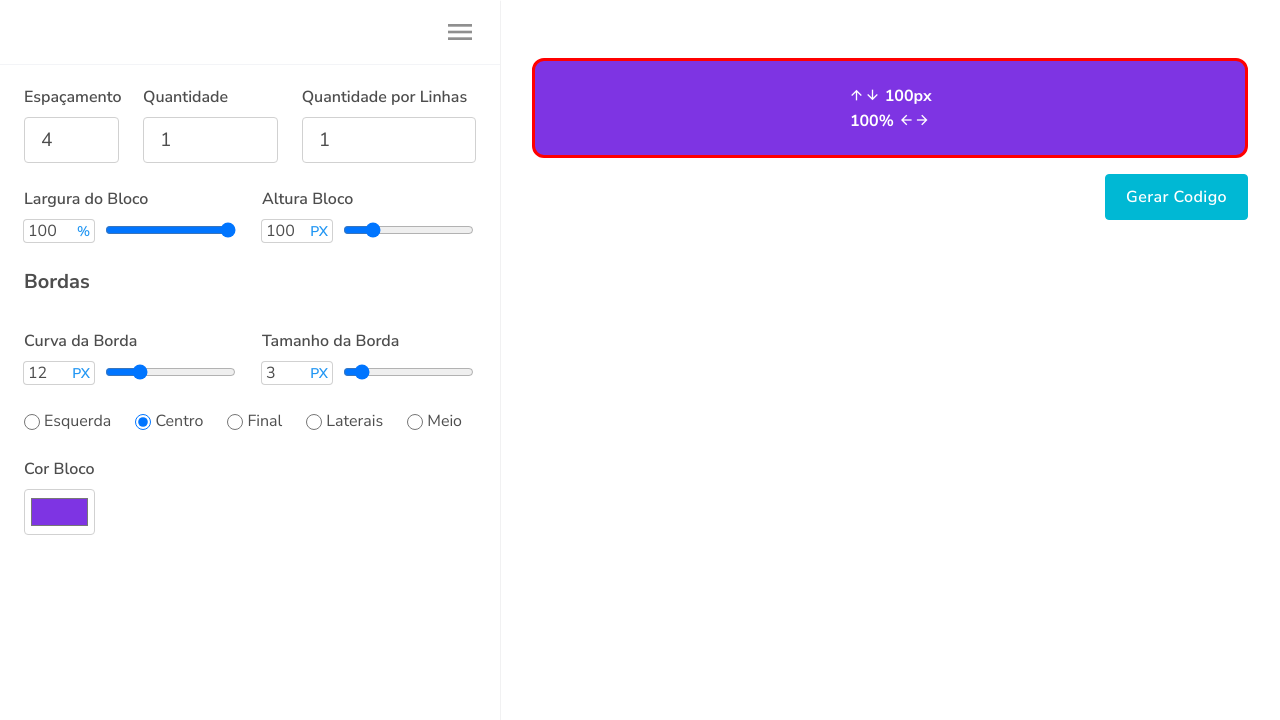
Repository: Flintdl/lowcode-elements
Page: /
An editor plug-in stored every save of this project. The page is shown before and after the next save, followed by the edit.
The browser window is 1280 px wide. The pictures show the whole page.
The project was rebuilt for these pictures with package versions that can differ from the ones it lists, and the page was loaded fresh each time. Also part of the build but not shown: vue.config.js.

Above is the page before, as saved 2022-04-05 14:46:00.

### src/components/Menu/MenuTemplate.vue
<template>
  <div>
    <div
      class="ham burger-link-mobile sf-display-flex sf-display-md-none"
      @click="menu"
    >
      <i class="mdi mdi-menu sf-text-xlg sf-text-muted sf-dropdown-action"></i>
    </div>
    <nav class="sf-menu">
      <div class="sf-menu-header">
        <div
          @click="menu"
          class="hamburger-link sf-display-none sf-display-md-block"
        >
          <i
            class="mdi mdi-menu sf-text-xlg sf-text-muted sf-dropdown-action"
          ></i>
        </div>
      </div>
      <div class="sf-menu-body">
        <ul class="sf-menu-ul">
          <li class="sf-menu-li sf-px-4">
            <div class="sf-row">
              <InputGapTemplate
                :valorInput="inputGap"
                v-on:callback="getValorCampo"
              />
              <InputQuantidadeTemplate
                :valorInput="inputQuantidade"
                v-on:callback="getValorCampoQuantidade"
              />
              <InputQuantLinhasTemplate
                :valorInput="inputQuantidadeLinha"
                v-on:callback="getValorCampoQuantidadeLinha"
              />
              <InputLarguraBloco
                :valorInput="inputRange"
                v-on:callback="getValorLarguraBloco"
              />
              <InputAlturaBloco
                :valorInput="valorHeight"
                v-on:callback="getValorAlturaBloco"
              />
            </div>
            <div class="sf-row">
              <div class="sf-col-12 sf-form-group">
                <h3>Bordas</h3>
              </div>
              <InputBorderRadiusBloco
                :valorInput="inputBorderRadius"
                v-on:callback="getValorRadiusBloco"
              />
              <InputBorderBloco
                :valorInput="inputBorder"
                v-on:callback="getValorBorderBloco"
              />
            </div>

            <InputPosicaoBloco
              :valorInput="checkValue"
              v-on:callback="getValorPosicaoBloco"
            />
            <div class="sf-row">
              <div class="sf-col-auto sf-form-group">
                <label class="sf-label">Cor Bloco</label>
                <input
                  type="color"
                  id="inputColor"
                  v-model="inputColor"
                  class="sf-p-1 sf-text-capitalize"
                  placeholder="Quantidade de Blocos"
                />
              </div>
            </div>
          </li>
        </ul>
      </div>
    </nav>
    <div class="sf-content-page">
      <HomeView
        :valor="inputRange"
        :inputGap="inputGap"
        :valorHeight="valorHeight"
        :quantidade="parseInt(inputQuantidade)"
        :quantidadeLinha="inputQuantidadeLinha"
        :inputBorderRadius="inputBorderRadius"
        :checkValue="checkValue"
        :inputColor="inputColor"
        :inputBorder="inputBorder"
      />
    </div>
    <div class="ga-mascara-fundo" @click="mask"></div>
  </div>
</template>

<script>
import HomeView from "@/views/HomeView.vue";
import InputGapTemplate from "@/components/templates/InputGapTemplate.vue";
import InputQuantidadeTemplate from "@/components/templates/InputQuantidadeTemplate.vue";
import InputQuantLinhasTemplate from "@/components/templates/InputQuantLinhasTemplate.vue";
import InputLarguraBloco from "@/components/templates/InputLarguraBloco.vue";
import InputAlturaBloco from "@/components/templates/InputAlturaBloco.vue";
import InputBorderRadiusBloco from "@/components/templates/InputBorderRadiusBloco.vue";
import InputBorderBloco from "@/components/templates/InputBorderBloco.vue";
import InputPosicaoBloco from "@/components/templates/InputPosicaoBloco.vue";
import image from "@/assets/logo-soften.webp";

export default {
  name: "MenuTemplate",
  data: function () {
    return {
      inputQuantidade: (this.inputQuantidade = "1"),
      inputQuantidadeLinha: (this.inputQuantidadeLinha = "1"),
      inputBorderRadius: (this.inputBorderRadius = "12"),
      inputRange: (this.inputRange = "100"),
      valorHeight: (this.valorHeight = "100"),
      inputGap: (this.inputGap = "4"),
      checkValue: (this.checkValue = "center"),
      inputColor: (this.inputColor = "#7e34e3"),
      inputBorder: (this.inputBorder = "3"),
      image: image,
    };
  },
  components: {
    HomeView,
    InputGapTemplate,
    InputQuantidadeTemplate,
    InputQuantLinhasTemplate,
    InputLarguraBloco,
    InputAlturaBloco,
    InputPosicaoBloco,
    InputBorderRadiusBloco,
    InputBorderBloco,
  },
  beforeMount() {
    if (window.innerWidth >= 768) {
      if (localStorage.getItem("menu") === "fechado") {
        document.body.classList.add("menu-fechado");
      } else {
        document.body.classList.remove("menu-fechado");
      }
    }

    (function () {
      var current = window.location.pathname.split("")[0];
      if (current === "") return;
      var menuItems = document.querySelectorAll(".sf-menu-list-link");
      for (var i = 0, len = menuItems.length; i < len; i++) {
        if (menuItems[i].getAttribute("href").indexOf(current) !== -1) {
          menuItems[i].className += " active-nolink";
          menuItems[i].nextElementSibling.className += " active-nolink";
        }
      }
    })();
  },
  methods: {
    menu() {
      if (window.innerWidth >= 768) {
        document.body.classList.toggle("menu-fechado");
        if (document.body.classList.contains("menu-fechado")) {
          localStorage.setItem("menu", "fechado");
        } else {
          localStorage.removeItem("menu");
        }
      } else {
        document.body.classList.toggle("menu-mobile-aberto");
      }
    },
    mask() {
      document.body.classList.remove("menu-mobile-aberto");
    },
    getValorCampo(valor) {
      this.inputGap = valor;
    },
    getValorCampoQuantidade(valor) {
      this.inputQuantidade = valor;
    },
    getValorCampoQuantidadeLinha(valor) {
      this.inputQuantidadeLinha = valor;
    },
    getValorLarguraBloco(valor) {
      this.inputRange = valor;
    },
    getValorAlturaBloco(valor) {
      this.valorHeight = valor;
    },
    getValorRadiusBloco(valor) {
      this.inputBorderRadius = valor;
    },
    getValorBorderBloco(valor) {
      this.inputBorder = valor;
    },
    getValorPosicaoBloco(valor) {
      this.checkValue = valor;
    },
  },
};

// function dropdown(menu) {
//   var dropdowns = document.getElementsByClassName("sf-dropdown-menu");
//   var i;
//   for (i = 0; i < dropdowns.length; i++) {
//     var openDropdown = dropdowns[i];
//     if (openDropdown.classList.contains("show")) {
//       openDropdown.classList.remove("show");
//     }
//   }
//   document.querySelector(menu).classList.toggle("show");
// }
</script>

<style lang="scss">
@import "@/assets/scss/style.scss";
@import "@/assets/scss/standard.scss";
@import "@/assets/scss/menu.scss";
</style>

### src/assets/scss/_variables.scss
// Primarys Colors
$standardTextColor: #4d4d4d;

$primaryColor: #8e6dff;
$secondaryColor: #009997;
$buttonDisableColor: #9c9c9c;
$buttonDisableBgColor: #7676764d;

// Menu Colors

$bgMenuColor: #1d1d1d;
$linkMenuColor: #7b8089;
$iconMenuColor: #2a2a2a;
$borderMenuColor: #323232;

// Botão Colors

$btnPrimary: #00b8d4;
$btnPrimaryHover: #0085b0;

// Generics Colors

$whiteColor: #ffffff;
$mutedColor: #8f8f8f;
$cardColor: #f3f4f7;
$cardColorLight: #f9fafc;
$cardColorLightTwo: #f1f5fc;
$greyLight: #d1d1d1;

// Dropdown Colors

$dropdownHeaderColor: #5f5f5f;
$dropdownColor: #ebffff;

// State Colors

$successColor: #3dc661;
$dangerColor: #e7515a;
$warningColor: #e2a03f;
$infoColor: #2196f3;
$defaultColor: #172b4d;
$lightColor: #e0e0e0;

### src/components/templates/InputGapTemplate.vue
<template>
  <div class="sf-col-3 sf-form-group">
    <label class="sf-label">Espaçamento</label>
    <input
      type="number"
      min="1"
      max="12"
      value="2"
      id="inputGap"
      v-model="valor"
      class="filter-states sf-text-capitalize"
      placeholder="Quantidade de Blocos"
    />
  </div>
</template>

<script>
export default {
  props: {
    valorInput: String,
  },
  computed: {
    valor: {
      get() {
        var inp = this.valorInput;
        return inp;
      },
      set(valorInput) {
        this.$emit("callback", valorInput);
      },
    },
  },
};
</script>

<style></style>

### src/components/templates/InputQuantidadeTemplate.vue
<template>
  <div class="sf-col-4 sf-form-group">
    <label class="sf-label">Quantidade</label>
    <input
      type="number"
      value="1"
      id="inputQuantidade"
      v-model="valor"
      class="filter-states sf-text-capitalize"
      placeholder="Quantidade de Blocos"
    />
  </div>
</template>

<script>
export default {
  props: {
    valorInput: String,
  },
  computed: {
    valor: {
      get() {
        var inp = this.valorInput;
        return inp;
      },
      set(valorInput) {
        this.$emit("callback", valorInput);
      },
    },
  },
};
</script>

<style></style>

### src/components/templates/InputQuantLinhasTemplate.vue
<template>
  <div class="sf-col-5 sf-form-group">
    <label class="sf-label">Quantidade por Linhas</label>
    <input
      type="number"
      min="1"
      max="12"
      value="1"
      id="inputQuantidadeLinha"
      v-model="valor"
      class="filter-states sf-text-capitalize"
      placeholder="Quantidade Linha"
    />
  </div>
</template>

<script>
export default {
  props: {
    valorInput: String,
  },
  computed: {
    valor: {
      get() {
        var inp = this.valorInput;
        return inp;
      },
      set(valorInput) {
        this.$emit("callback", valorInput);
      },
    },
  },
};
</script>

<style></style>

### src/components/templates/InputLarguraBloco.vue
<template>
  <div class="sf-col-6 sf-form-group">
    <label class="sf-label">Largura do Bloco</label>
    <div class="sf-input-group">
      <div
        class="sf-input-group-append sf-display-flex sf-justify-content-center"
      >
        <div
          class="sf-display-flex sf-align-items-center sf-justify-content-center sf-border-left-0 sf-border-radius sf-border-radius-left-0 sf-pr-2 sf-text-info sf-font-weight-bold sf-min-80-px"
        >
          <div class="sf-input-group">
            <input
              type="number"
              value="1"
              min="1"
              max="100"
              v-model="valor"
              class="sf-text-md sf-height-fit-content sf-pr-0 sf-pl-1 sf-border-right-0 sf-border-radius-right-0 sf-text-capitalize"
              placeholder="Curva da Borda"
            />
            <div
              class="sf-input-group-append sf-display-flex sf-justify-content-center"
            >
              <div
                class="sf-display-flex sf-align-items-center sf-border sf-justify-content-center sf-border-left-0 sf-border-radius sf-border-radius-left-0 sf-pr-1 sf-text-info sf-font-weight-bold sf-text-sm"
              >
                %
              </div>
            </div>
          </div>
        </div>
      </div>
      <input
        type="range"
        min="10"
        max="100"
        value="10"
        id="inputRange"
        v-model="valor"
        class="sf-px-0 sf-border-right-0 sf-border-radius-right-0 sf-text-capitalize"
      />
    </div>
  </div>
</template>

<script>
export default {
  props: {
    valorInput: String,
  },
  computed: {
    valor: {
      get() {
        var inp = this.valorInput;
        return inp;
      },
      set(valorInput) {
        this.$emit("callback", valorInput);
      },
    },
  },
};
</script>

<style></style>

### src/components/templates/InputAlturaBloco.vue
<template>
  <div class="sf-col-6 sf-form-group">
    <label class="sf-label">Altura Bloco</label>
    <div class="sf-input-group">
      <div
        class="sf-input-group-append sf-display-flex sf-justify-content-center"
      >
        <div
          class="sf-display-flex sf-align-items-center sf-justify-content-center sf-border-left-0 sf-border-radius sf-border-radius-left-0 sf-pr-2 sf-text-info sf-font-weight-bold sf-min-80-px"
        >
          <div class="sf-input-group">
            <input
              type="number"
              value="1"
              min="1"
              max="500"
              v-model="valor"
              class="sf-text-md sf-height-fit-content sf-pr-0 sf-pl-1 sf-border-right-0 sf-border-radius-right-0 sf-text-capitalize"
              placeholder="Curva da Borda"
            />
            <div
              class="sf-input-group-append sf-display-flex sf-justify-content-center"
            >
              <div
                class="sf-display-flex sf-align-items-center sf-border sf-justify-content-center sf-border-left-0 sf-border-radius sf-border-radius-left-0 sf-pr-1 sf-text-info sf-font-weight-bold sf-text-sm"
              >
                PX
              </div>
            </div>
          </div>
        </div>
      </div>
      <input
        type="range"
        min="10"
        max="500"
        id="valorHeight"
        v-model="valor"
        class="sf-px-0 sf-border-right-0 sf-border-radius-right-0 sf-text-capitalize"
      />
    </div>
  </div>
</template>

<script>
export default {
  props: {
    valorInput: String,
  },
  computed: {
    valor: {
      get() {
        var inp = this.valorInput;
        return inp;
      },
      set(valorInput) {
        this.$emit("callback", valorInput);
      },
    },
  },
};
</script>

<style></style>

### src/components/templates/InputBorderRadiusBloco.vue
<template>
  <div class="sf-col-6 sf-form-group">
    <label class="sf-label">Curva da Borda</label>
    <div class="sf-input-group">
      <div
        class="sf-input-group-append sf-display-flex sf-justify-content-center"
      >
        <div
          class="sf-display-flex sf-align-items-center sf-justify-content-center sf-border-left-0 sf-border-radius sf-border-radius-left-0 sf-pr-2 sf-text-info sf-font-weight-bold sf-min-80-px"
        >
          <div class="sf-input-group">
            <input
              type="number"
              value="1"
              min="1"
              max="50"
              v-model="valor"
              class="sf-text-md sf-height-fit-content sf-pr-0 sf-pl-1 sf-border-right-0 sf-border-radius-right-0 sf-text-capitalize"
              placeholder="Curva da Borda"
            />
            <div
              class="sf-input-group-append sf-display-flex sf-justify-content-center"
            >
              <div
                class="sf-display-flex sf-align-items-center sf-border sf-justify-content-center sf-border-left-0 sf-border-radius sf-border-radius-left-0 sf-pr-1 sf-text-info sf-font-weight-bold sf-text-sm"
              >
                PX
              </div>
            </div>
          </div>
        </div>
      </div>
      <input
        type="range"
        value="1"
        min="1"
        max="50"
        id="inputBorderRadius"
        v-model="valor"
        class="sf-px-0 sf-border-right-0 sf-border-radius-right-0 sf-text-capitalize"
        placeholder="Curva da Borda"
      />
    </div>
  </div>
</template>

<script>
export default {
  props: {
    valorInput: String,
  },
  computed: {
    valor: {
      get() {
        var inp = this.valorInput;
        return inp;
      },
      set(valorInput) {
        this.$emit("callback", valorInput);
      },
    },
  },
};
</script>

<style></style>

### src/components/templates/InputBorderBloco.vue
<template>
  <div class="sf-col-6 sf-form-group">
    <label class="sf-label">Tamanho da Borda</label>
    <div class="sf-input-group">
      <div
        class="sf-input-group-append sf-display-flex sf-justify-content-center"
      >
        <div
          class="sf-display-flex sf-align-items-center sf-justify-content-center sf-border-left-0 sf-border-radius sf-border-radius-left-0 sf-pr-2 sf-text-info sf-font-weight-bold sf-min-80-px"
        >
          <div class="sf-input-group">
            <input
              type="number"
              value="1"
              min="1"
              max="50"
              v-model="valor"
              class="sf-text-md sf-height-fit-content sf-pr-0 sf-pl-1 sf-border-right-0 sf-border-radius-right-0 sf-text-capitalize"
              placeholder="Curva da Borda"
            />
            <div
              class="sf-input-group-append sf-display-flex sf-justify-content-center"
            >
              <div
                class="sf-display-flex sf-align-items-center sf-border sf-justify-content-center sf-border-left-0 sf-border-radius sf-border-radius-left-0 sf-pr-1 sf-text-info sf-font-weight-bold sf-text-sm"
              >
                PX
              </div>
            </div>
          </div>
        </div>
      </div>
      <input
        type="range"
        value="1"
        min="1"
        max="24"
        id="inputBorder"
        v-model="valor"
        class="sf-px-0 sf-border-right-0 sf-border-radius-right-0 sf-text-capitalize"
        placeholder="Curva da Borda"
      />
    </div>
  </div>
</template>

<script>
export default {
  props: {
    valorInput: String,
  },
  computed: {
    valor: {
      get() {
        var inp = this.valorInput;
        return inp;
      },
      set(valorInput) {
        this.$emit("callback", valorInput);
      },
    },
  },
};
</script>

<style></style>

### src/components/templates/InputPosicaoBloco.vue
<template>
  <div class="sf-row">
    <div class="sf-col-auto sf-form-group">
      <input
        id="start"
        type="radio"
        name="positionDivs"
        v-model="valor"
        value="start"
        checked
      />
      <label for="start"> Esquerda</label>
    </div>

    <div class="sf-col-auto sf-form-group">
      <input
        type="radio"
        id="center"
        name="positionDivs"
        v-model="valor"
        value="center"
      />
      <label for="center"> Centro</label>
    </div>

    <div class="sf-col-auto sf-form-group">
      <input
        type="radio"
        id="end"
        name="positionDivs"
        v-model="valor"
        value="end"
      />
      <label for="end"> Final</label>
    </div>
    <div class="sf-col-auto sf-form-group">
      <input
        type="radio"
        id="between"
        name="positionDivs"
        v-model="valor"
        value="between"
      />
      <label for="between"> Laterais</label>
    </div>
    <div class="sf-col-auto sf-form-group">
      <input
        type="radio"
        id="around"
        name="positionDivs"
        v-model="valor"
        value="around"
      />
      <label for="around"> Meio</label>
    </div>
  </div>
</template>

<script>
export default {
  props: {
    valorInput: String,
  },
  computed: {
    valor: {
      get() {
        var inp = this.valorInput;
        return inp;
      },
      set(valorInput) {
        this.$emit("callback", valorInput);
      },
    },
  },
};
</script>

<style></style>

### src/components/templates/DivGrid.vue
<template>
  <div class="sf-position-relative sf-overflow-hidden" :style="cssDefinido">
    <span
      class="sf-position-absolute sf-centerAbsolute-xy sf-text-white sf-font-weight-extra-bold sf-text-center"
      :style="tamanho"
    >
      <i
        class="mdi mdi-arrow-up sf-text-md sf-text-white sf-dropdown-action"
      ></i>
      <i
        class="mdi mdi-arrow-down sf-text-md sf-text-white sf-dropdown-action"
      ></i>
      {{ altura }}px <br />

      {{ tamanho }}%
      <i
        class="mdi mdi-arrow-left sf-text-md sf-text-white sf-dropdown-action"
      ></i>
      <i
        class="mdi mdi-arrow-right sf-text-md sf-text-white sf-dropdown-action"
      ></i>
    </span>
  </div>
</template>

<script>
export default {
  props: {
    cssDefinido: Object,
    tamanho: String,
    altura: String,
  },
};
</script>

<style></style>

Loaded but not shown: public/index.html (common file); src/main.js (common file); src/App.vue (common file); src/registerServiceWorker.js (common file); src/router/index.js (common file); src/assets/scss/materialdesignicons.scss (9 lines, source omitted); src/assets/scss/style.scss (4095 lines, source omitted); src/assets/scss/menu.scss (396 lines, source omitted); src/assets/scss/standard.scss (381 lines, source omitted); src/views/HomeView.vue (124 lines, source omitted)

After the next save:
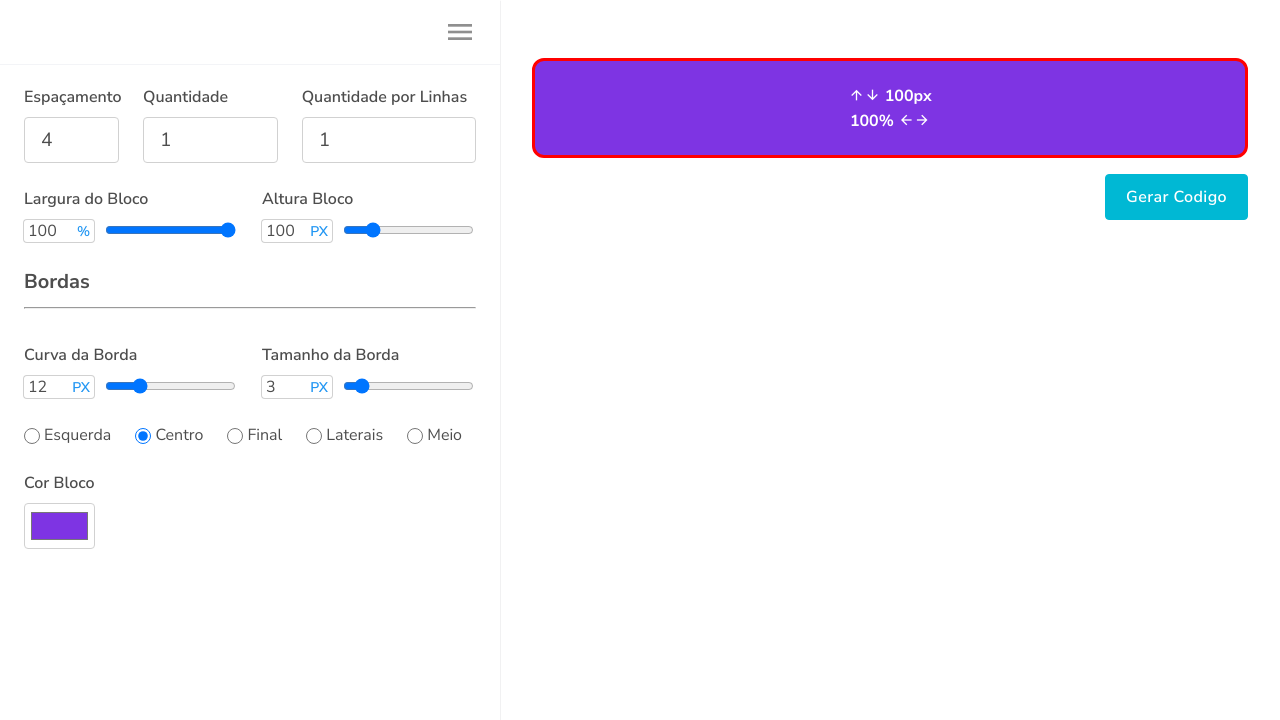
Saved 11 s later.
--- a/src/components/Menu/MenuTemplate.vue
+++ b/src/components/Menu/MenuTemplate.vue
@@ -44,7 +44,10 @@
             </div>
             <div class="sf-row">
               <div class="sf-col-12 sf-form-group">
-                <h3>Bordas</h3>
+                <h3>
+                  Bordas
+                  <hr />
+                </h3>
               </div>
               <InputBorderRadiusBloco
                 :valorInput="inputBorderRadius"

After the save that followed:
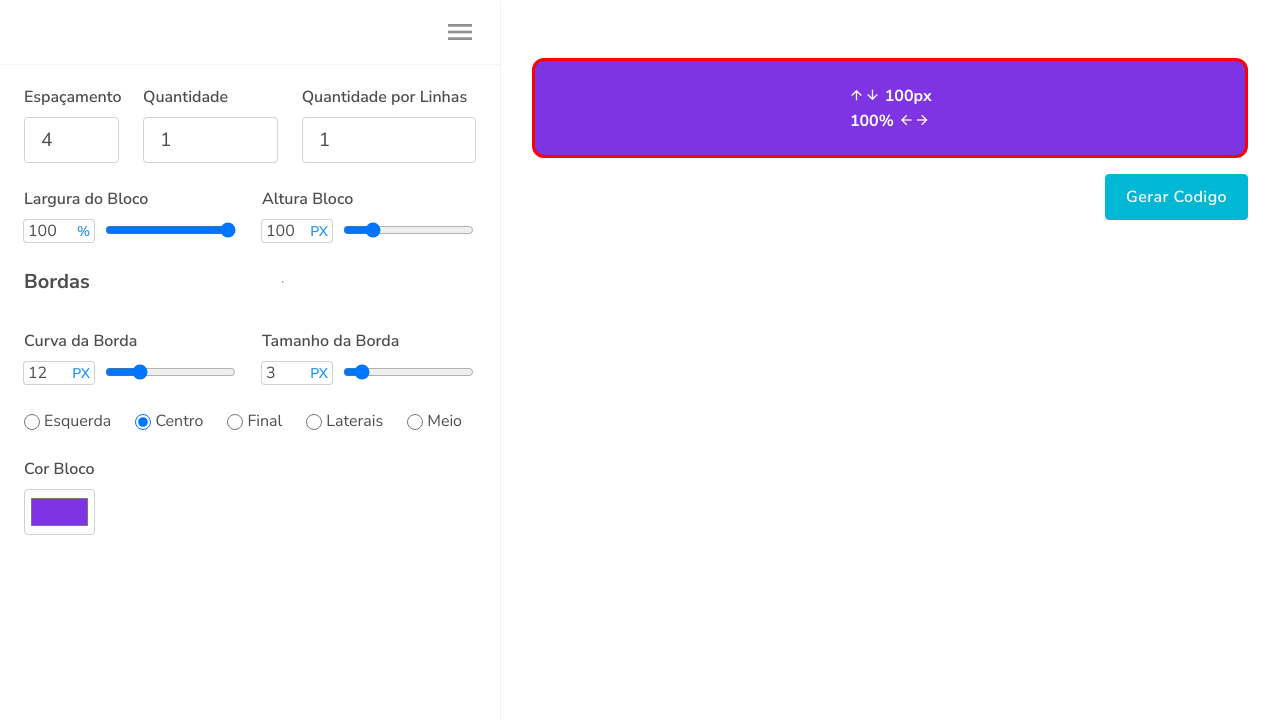
Saved 16 s later.
--- a/src/components/Menu/MenuTemplate.vue
+++ b/src/components/Menu/MenuTemplate.vue
@@ -44,7 +44,7 @@
             </div>
             <div class="sf-row">
               <div class="sf-col-12 sf-form-group">
-                <h3>
+                <h3 class="sf-display-flex sf-align-items-center">
                   Bordas
                   <hr />
                 </h3>
